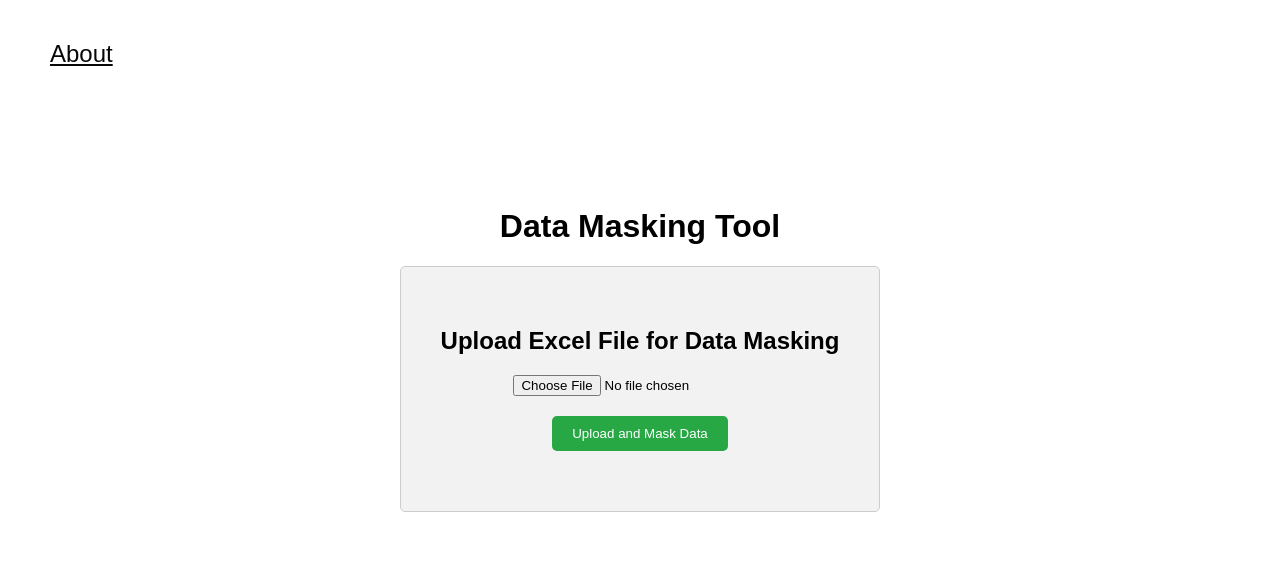
Repository: prithika12/DataMasking_Tool
Page: index.html
The author's editor kept a copy of each file at every save. The page is drawn from the files as they stood at one save, then again after the next save.
The browser window is 1280 px wide. The pictures show the whole page.

Above is the page before, as saved 2024-07-09 11:52:13.

### index.html
<!DOCTYPE html>
<html>
<head>
    <title>Data Masking Tool</title>
    <style>
        body {
            font-family: Arial, sans-serif;
            margin: 0;
            padding: 0;
            display: flex;
            flex-direction: column; /* Align items in a column */
            justify-content: center; /* Center vertically */
            align-items: center; /* Center horizontally */
            height: 100vh; /* Full viewport height */
        }
        .container {
            max-width: 600px;
            padding: 40px;
            background-color: #f2f2f2;
            border: 1px solid #ccc;
            border-radius: 5px;
            text-align: center; /* Center text inside container */
        }
        h1 {
            text-align: center; /* Center text */
            margin-top: 0; /* Remove default margin */
        }
        h2 {
            text-align: center;
        }
        input[type="file"] {
            display: block;
            margin: 20px auto;
        }
        button {
            display: block;
            margin: 20px auto;
            padding: 10px 20px;
            background-color: #28a745;
            color: white;
            border: none;
            border-radius: 5px;
            cursor: pointer;
        }
        button:hover {
            background-color: #218838;
        }
        .about-link {
            position: absolute;
            top: 20px;
            left: 20px;
            padding: 20px 30px;
        }
        .about-link a {
            color: #070708;
            font-size: x-large;
            text-decoration: underline;
        }
        .about-link a:hover {
            text-decoration: underline;
        }
    </style>
</head>
<body>
    <h1>Data Masking Tool</h1>
    <div class="container">
        <h2>Upload Excel File for Data Masking</h2>
        <form action="/uploader" method="post" enctype="multipart/form-data">
            <input type="file" name="file" accept=".xlsx">
            <button type="submit">Upload and Mask Data</button>
        </form>
    </div>
    <div class="about-link">
        <a href="https://github.com/prithika12/DataMasking_Tool/blob/main/README.md" target="_blank">About</a>
    </div>
</body>
</html>

After the next save:
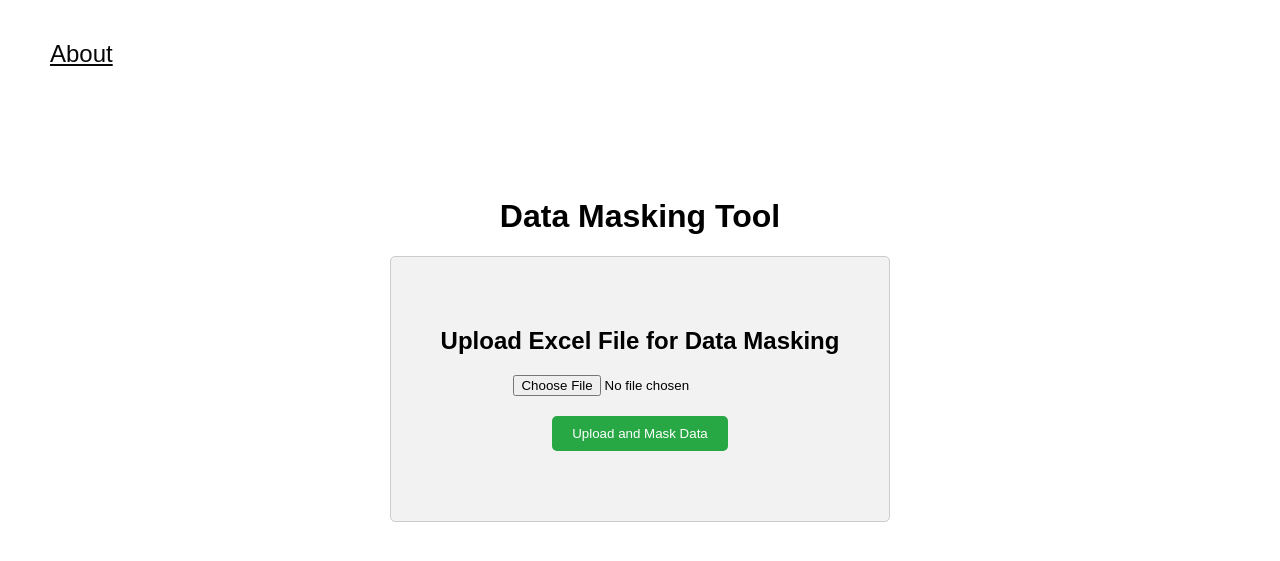
Saved 9 s later.
--- a/index.html
+++ b/index.html
@@ -15,7 +15,7 @@
         }
         .container {
             max-width: 600px;
-            padding: 40px;
+            padding: 50px;
             background-color: #f2f2f2;
             border: 1px solid #ccc;
             border-radius: 5px;
